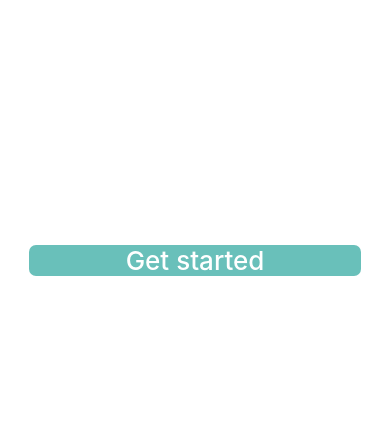
Repository: pheonixlegend/keleya
Screen: /Sign Up
These files come from the project's save history. The screen is drawn as it stood at one moment and after the next save; the edit follows.
The pictures show rows 422 to 875 of an output 844 px tall.
The app was drawn by React Native's web renderer in a window 390 px wide. The project was rebuilt for these pictures with package versions that can differ from the ones it lists, and the page was loaded fresh each time.

Above is the screen before, as saved 2021-10-01 01:33:12.

### App.tsx
import { StatusBar } from 'expo-status-bar';
import React from 'react';
import { StyleSheet, Text, View } from 'react-native';
import Home from './screens/Home';
import { NavigationContainer } from '@react-navigation/native';
import AppStack from './routes/AppStack';

export default function App() {
  return (
    <NavigationContainer>
      <AppStack />
    </NavigationContainer>
  );
}

const styles = StyleSheet.create({
  container: {
    flex: 1,
    backgroundColor: '#fff',
    alignItems: 'center',
    justifyContent: 'center',
  },
});

### routes/AppStack.tsx
import { createStackNavigator } from '@react-navigation/stack';
import { Image } from 'react-native';
import Home from '../screens/Home';
import ImageHeader from '../components/ImageHeader';
import SignUp from '../screens/SignUp';
import React from 'react';
import { Entypo } from '@expo/vector-icons';

const Stack = createStackNavigator();
    const appStack = () => {
        return (
            <Stack.Navigator
                screenOptions={{
                headerShown: false,
                headerTransparent: true,
                headerStyle: {
                  },
                  headerBackTitleStyle: {
                      opacity: 0,
                  },
                  headerTintColor: 'transparent'
                }}
            >
                <Stack.Screen name="Home" component={Home} />
                <Stack.Screen
                    name="Sign Up"
                    component={SignUp}
                    options={{
                        headerShown: true,
                        headerBackImage: ()=>(<Entypo name='arrow-left' size={22}
                        color="#4a4a4a" style={{ paddingLeft: '20%', marginTop: '-10%' }} />)
                    }}
                />
            </Stack.Navigator>
        )
    }
export default appStack

### screens/Home.tsx
import { StatusBar } from 'expo-status-bar';
import React from 'react';
import { StyleSheet, Text, View, Button, Image, SafeAreaView, ImageBackground, TouchableOpacity } from 'react-native';
import { Global } from '../styles/Global'

const Home = ({navigation}: {navigation: any}) => {
  const pressHandler = () => {
    navigation.push("Sign Up")
  }

  return (
    <ImageBackground source={require('../assets/images/first-intro-image.png')} style={styles.backgroundImage} >

    <SafeAreaView style={Global.container}>
      <StatusBar backgroundColor={'transparent'} translucent/>

      <View style={styles.imageContainer}>
        <Image source={require('../assets/images/keleya-logo.png')} style={styles.image} resizeMode="contain" />
      </View>

      <View style={styles.centeredView}>
        <Text style={styles.subText}>For a fit and relaxed pregnancy</Text>
      </View>

      <View style={styles.buttonContainer}>
      <TouchableOpacity style={styles.customBtnBGBottom} onPress={pressHandler}>
        <Text style={styles.customBtnTextBottom}>Get started</Text>
      </TouchableOpacity>


      <TouchableOpacity style={styles.customBtnBGBottom2} onPress={pressHandler}>
        <Text style={styles.customBtnTextBottom2}>Or login</Text>
      </TouchableOpacity>
      </View>
    </SafeAreaView>

    </ImageBackground>
  )
}

const styles = StyleSheet.create({
  imageContainer: {
    justifyContent: 'center',
    alignItems: 'center',
    height: '20%'
  },

  backgroundImage: {
    flex: 1,
    width: undefined,
    height: undefined,
    resizeMode: 'cover'
  },

  centeredView: {
    justifyContent: 'center',
    alignItems: 'center'
  },

  image: {
    width: '23%',
    height: '100%'
  },

  subText: {
    textAlign: 'center',
    fontSize: 24,
    fontWeight: "500",
    marginTop: '-3%',
    width: '53%',
    color: "#4a4a4a"
  },

  buttonContainer: {
    flex: 1,
    alignItems: 'center',
    height: '12.4%',
  },

  customBtnBGBottom: {
    backgroundColor: "#69c0ba",
    borderRadius: 7,
    width: '85%',
    height: '6.2%',
    position: 'absolute',
    bottom: 0,
    marginBottom: '23%',
    justifyContent: 'center',
    alignItems: 'center',
  },

  customBtnBGBottom2: {
    backgroundColor: "transparent",
    borderRadius: 7,
    width: '85%',
    position: 'absolute',
    bottom: 0,
    marginBottom: '10%',
    justifyContent: 'center',
    alignItems: 'center',
  },

  customBtnTextBottom: {
    fontSize: 26,
    fontWeight: "500",
    color: "#fff",
    textAlign: "center"
  },

  customBtnTextBottom2: {
    fontSize: 21,
    fontWeight: "600",
    color: "#4a4a4a",
    textAlign: "center"
  }

});

export default Home

### screens/SignUp.tsx
import { StatusBar } from 'expo-status-bar';
import React from 'react';
import { StyleSheet, Text, View, Button, Image, SafeAreaView, ImageBackground, TouchableOpacity } from 'react-native';
import { Global } from '../styles/Global';
import ImageHeader from '../components/ImageHeader';

const SignUp = ({navigation}: {navigation: any}) => {
  const pressHandler = () => {
    navigation.push("Home")
  }

 return (
    <SafeAreaView style={Global.container}>
      <StatusBar backgroundColor={'transparent'} translucent/>
      <ImageHeader/>
      <View style={styles.centeredView}>
        <Text style={styles.subText}>Add your details below to set up an account</Text>

      </View>
      <View style={styles.buttonContainer}>
          <TouchableOpacity style={styles.customBtnBGBottom} onPress={pressHandler}>
            <Text style={styles.customBtnTextBottom}>Get started</Text>
          </TouchableOpacity>
      </View>


    </SafeAreaView>
  )
}

const styles = StyleSheet.create({

  centeredView: {
    flex: 2,
    justifyContent: 'flex-start',
    alignItems: 'center',
    backgroundColor: 'white',
    marginTop: '80%',
    paddingLeft: '10%',
    paddingRight: '10%'
  },

  subText: {
    textAlign: 'center',
    fontSize: 25,
    width: '90%',
    fontWeight: "300",
    color: "#4a4a4a"
  },

  buttonContainer: {
    flex: 1,
    alignItems: 'center',
    backgroundColor: 'white',
    width: '100%',
    bottom: 0
  },

  customBtnBGBottom: {
    backgroundColor: "#69c0ba",
    borderRadius: 7,
    width: '85%',
    position: 'absolute',
    justifyContent: 'center',
    alignItems: 'center',
  },

  customBtnTextBottom: {
    fontSize: 26,
    fontWeight: "500",
    color: "#fff",
    textAlign: "center"
  }

});

export default SignUp

### styles/Global.tsx
import { StyleSheet } from 'react-native';

export const Global = StyleSheet.create({
    container: {
        flex: 1,
        backgroundColor: 'transparent',
    }
})

### components/ImageHeader.tsx
import * as React from 'react';
import { Text, View, StyleSheet, Image, ImageBackground } from 'react-native';
import { Entypo } from '@expo/vector-icons';

export default function ImageHeader() {
  return (
      <Image source={require('../assets/images/authentication-background-image.jpg')} style={styles.image} resizeMode="cover">

    </Image>
  );
}

const styles = StyleSheet.create({
  image: {
    flex: 1,
    position: 'absolute',
    width: '100%',
    height: '50%'
  }
});

After the next save:
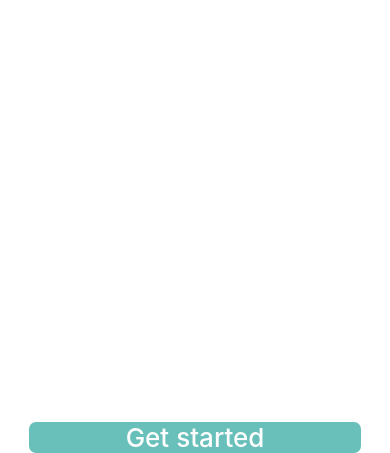
Saved 18 s later.
--- a/screens/SignUp.tsx
+++ b/screens/SignUp.tsx
@@ -50,6 +50,7 @@
 
   buttonContainer: {
     flex: 1,
+    position: 'absolute',
     alignItems: 'center',
     backgroundColor: 'white',
     width: '100%',

After the 4 saves that followed:
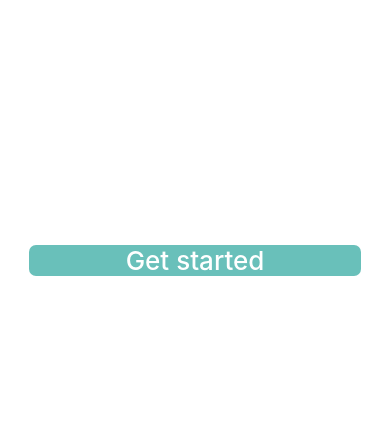
The 4 saves are shown as one change because 3 left the picture as it was.
The last was saved 2 min 38 s later.
--- a/screens/SignUp.tsx
+++ b/screens/SignUp.tsx
@@ -50,7 +50,7 @@
 
   buttonContainer: {
     flex: 1,
-    position: 'absolute',
+    position: 'relative',
     alignItems: 'center',
     backgroundColor: 'white',
     width: '100%',
